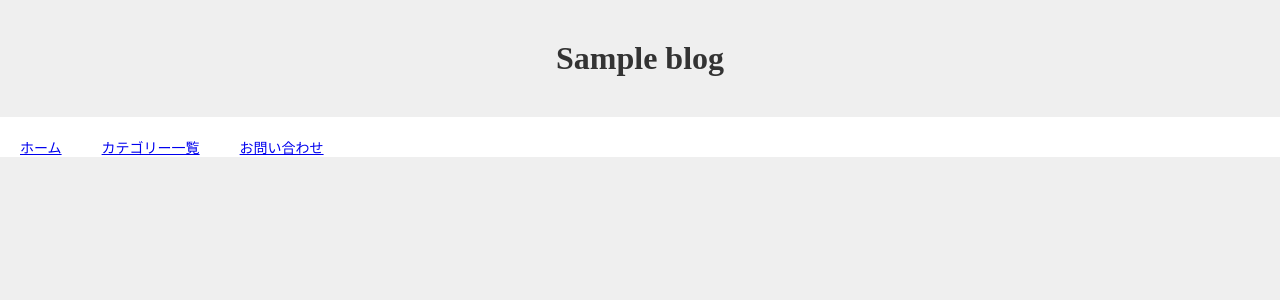
Repository: rin-cloud/homework
Page: html/sample blog/index.html
The author's editor kept a record of every edit. The page is drawn from the files as they stood at one moment, then again after the next edit.
The browser window is 1280 px wide. The pictures show the whole page.

Above is the page before.

### html/sample blog/index.html
<!doctype html>
<html>
    <head>
      <meta charset="utf-8">
      <title>Sample blog</title>
      <link rel="stylesheet" href="style.css">
    </head>
    <body>
      <header>
          <div class="container">
            <div class="header-title-area">
              <h1 class="logo">Sample blog</h1>
            </div>
          </div>
              <ul class="header-navigation">
              <li><a href="#">ホーム</a></li>
              <li><a href="#">カテゴリー一覧</a></li>
              <li><a href="#">お問い合わせ</a></li>
              </ul>
      </header>
    </body>
</html>

### html/sample blog/style.css
body {
  background-color: #efefef;
  font-size: 14px;
  color: #333;
  margin: 0;
}
header {
  margin-top: 20px;
}

.container {
  width: 920px;
  margin: 0 auto 40px auto;
}

.header-title-area {
  margin-top: 40px;
  margin-bottom: 30px;
}

.logo {
  font-size: 32px;
  text-align: center;
}
.header-navigation {
    width:100%;
    background-color: #fff;
    padding: 20px 0;
}
.header-navigation li {
    float: left;
    padding: 0 20px;
    text-align: center;
    list-style-type: none;
}

After the next edit:
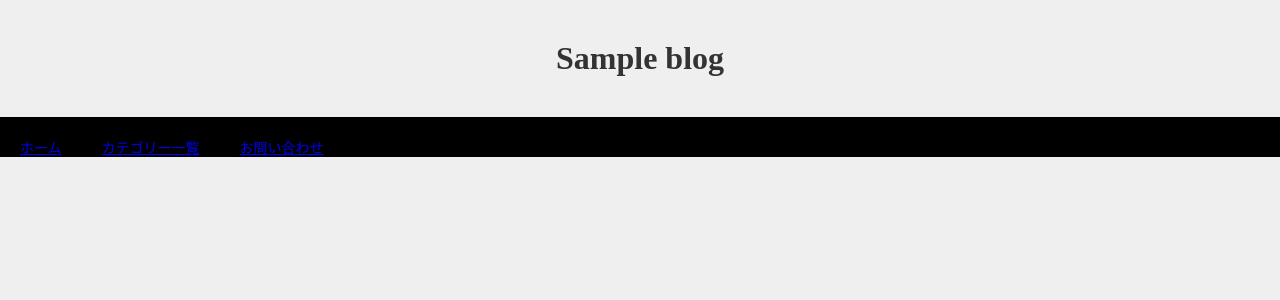
The edit:
--- a/html/sample blog/style.css
+++ b/html/sample blog/style.css
@@ -24,8 +24,9 @@
 }
 .header-navigation {
     width:100%;
-    background-color: #fff;
+    background-color: black;
     padding: 20px 0;
+
 }
 .header-navigation li {
     float: left;
